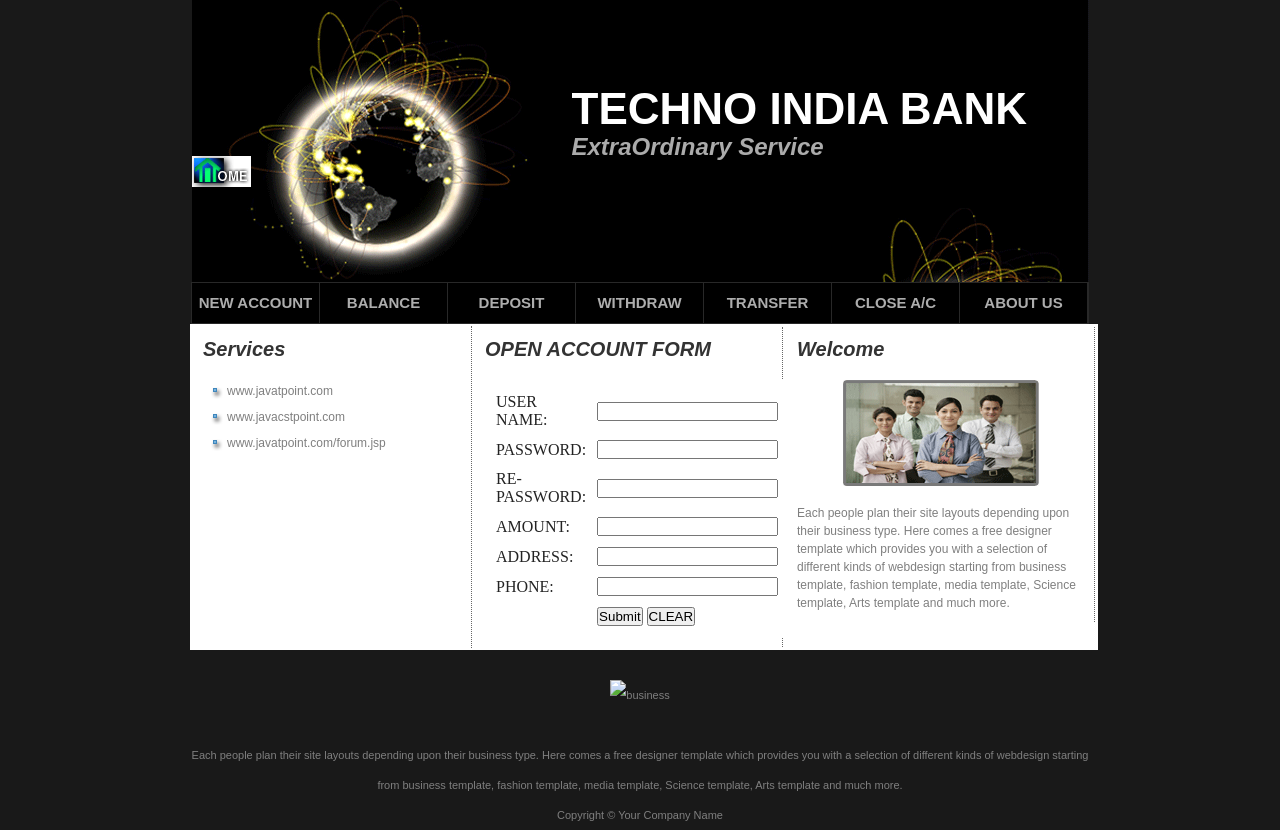
Repository: subhamsourabh265/collegeProjects
Page: OnlineBankingSystems/WebContent/create.html
The author's editor kept a copy of each file at every save. The page is drawn from the files as they stood at one save, then again after the next save.
The browser window is 1280 px wide. The pictures show the whole page.

Above is the page before, as saved 2015-12-01 15:58:17.

### OnlineBankingSystems/WebContent/create.html



<!DOCTYPE HTML PUBLIC "-//W3C//DTD HTML 4.01 Transitional//EN" "http://www.w3.org/TR/html4/loose.dtd">
<html>
<head>
<SCRIPT LANGUAGE="JavaScript">
function dil(form)
{
  for(var i=0; i<3; i++)
   {
        if(!isNaN(form.elements[i].value))
		{
		   alert("This Field must be Char's")
		   form.elements[i].value=""
		   form.elements[i].focus()
		   return false
		}
   }
    if(document.F1.password.value!=document.F1.repassword.value)
    {
	   alert("Check Confirm PWD");
	   document.F1.repassword.value=""
	   document.F1.repassword.focus()
	   return false
	}


	if(!isNaN(document.F1.phone.value))
   {
	   if(document.F1.phone.value >9999999999 )
	   {
		 alert("ye kabhi nhi aayegi")
		 document.F1.phone.value=""
		 document.F1.phone.focus()
         return false
	   }
   }
   else
   {
       alert("This  field  must  be  number")
	   document.F1.phone.value=""
	   return false
   }




   if(!isNaN(document.F1.amount.value))
   {
	   if(document.F1.amount.value < 500)
	   {
		 alert("Minimum Balance should be 500 /-")
		 document.F1.amount.value=""
		 document.F1.amount.focus()
         return false
	   }
   }
   else
   {
       alert("This  field  must  be  number")
	   document.F1.amount.value=""
	   return false
   }



   for(var i=0; i<form.elements.length; i++)
   {
		if(form.elements[i].value == "")
		{
		   alert("Fill out all Fields")
		   document.F1.username.focus()
		   return false
		}
   }



   return true
   }
</SCRIPT>

<meta http-equiv="Content-Type" content="text/html; charset=utf-8">
<title>Online Banking ..</title>
<link href="style.css" rel="stylesheet" type="text/css">
<script type="text/javascript">
function ctck()
{
var sds = document.getElementById("dum");

}
</script>

</head>

<body>

<div id="top_links">


<div id="header">
	<h1>TECHNO  INDIA  BANK<span class="style1"></span></h1>
    <h2>ExtraOrdinary Service</h2>
    <A href="index.html"><IMG SRC="images/home1.gif"></IMG></A>
</div>

<div id="navigation">
    <ul>
    <li><a href="create.html">NEW ACCOUNT</a></li>
    <li><a href="balance1.jsp">BALANCE</a></li>
    <li><a href="deposit1.jsp">DEPOSIT</a></li>
    <li><a href="withdraw1.jsp">WITHDRAW</a></li>
    <li><a href="transfer1.jsp">TRANSFER</a></li>
    <li><a href="closeac1.jsp">CLOSE A/C</a></li>
    <li><a href="about.jsp">ABOUT US</a></li>
    </ul>
</div>



<table style="width:897px; background:#FFFFFF; margin:0 auto;">
<tr >
	<td width="300" valign="top" style="border-right:#666666 1px dotted;">
    	<div id="services"><h1>Services</h1><br>
		    <ul>
        	<li><a href="#">www.javatpoint.com</a></li>
            <li><a href="#">www.javacstpoint.com </a></li>
            <li><a href="#">www.javatpoint.com/forum.jsp</a></li>
            </ul>

       </div>
	</td>

    <td width="1200" valign="top">
    	<div id="welcome" style="border-right:#666666 1px dotted;"><h1>OPEN ACCOUNT FORM</h1><br>
    	    <table  align="center" bgcolor="white">
		<tr>

		</tr>
		<tr>
			<td>
				<form name=F1 onSubmit="return dil(this)" action="CreateServlet" >
				  <table cellspacing="5" cellpadding="3">
					<tr><td>USER NAME:</td><td> <input type="text" name="username"/></td></tr>
					<tr><td>PASSWORD:</td><td> <input type="password" name="password"/></td></tr>
					<tr><td>RE-PASSWORD:</td><td> <input type="password" name="repassword"/></td></tr>
					<tr><td>AMOUNT:</td><td> <input type="text" name="amount"/></td></tr>
					<!-- Gender:<br/><br/>
					Male<input type="radio" name="gender" value="male"> Female<input type="radio" name="gender" value="female"/><br/><br/> -->
					<tr><td>ADDRESS:</td><td> <input type="text" name="adderess"/></td></tr>
					<tr><td>PHONE:</td><td> <input type="text" name="phone"/></td></tr>
					<tr><td></td><td><input type="submit" value="Submit"/>

					<INPUT TYPE=RESET VALUE="CLEAR"></td></tr>
					</table>
               		</form>
			</td>
		</tr>

	</table>
    	   </div>
    </td>

   <td width="299" valign="top">
    	<div id="welcome" style="border-right:#666666 1px dotted;"><h1>Welcome</h1><br>
    	    <center><img src="images/globe_10.gif" alt="business" width="196" height="106"></center><br>
		    <p>Each people plan their site layouts depending upon their business type. Here comes a free designer template which provides you with a selection of different kinds of webdesign   starting from business template, fashion template, media template, Science template, Arts template and much more.</p>

	    </div>
    </td>


</tr></table>

<div id="footer_top">
  <div id="footer_navigation">


  </div>

  <div id="footer_copyright" >

    	    <center><img  alt="business"  width="196" height="106"></center><br>
		    <p>Each people plan their site layouts depending upon their business type. Here comes a free designer template which provides you with a selection of different kinds of webdesign   starting from business template, fashion template, media template, Science template, Arts template and much more.</p>

  Copyright © Your Company Name</div>
</div>

<script type="text/javascript">
document.onload = ctck();
</script>
</div>

</body>
</html>

### OnlineBankingSystems/WebContent/style.css
@charset "utf-8";
/* CSS Document */

body{
	margin:0;
	color:#232323;
	background:#191919;
}
div, h1, h2, h3, h4, p, form, label, input, textarea, img, span{
	margin:0; padding:0;
}

ul{
	margin:0;
	padding:0;
	list-style-type:none;
	font-size:0;
	line-height:0;
}


.spacer{
	clear:both;
	font-size:0;
	line-height:0;
}
.more
{
font:normal 11px/18px Arial, Helvetica, sans-serif;
color:#00d09d;
text-decoration:none;
padding-left:230px;
}
.style1{color:#00d09d;}
/*------------------------------------------------body--------------------*/

#top_links
{
margin:0 auto;
padding:0px;
width:900px;
height:40px;
}
#top_linksin
{
padding:10px 0 0 0;
width:310px;
height:18px;
float:right;
}

#top_linksin ul
{
list-style:none;
margin:0 0 0 40px;
}
#top_linksin ul li
{
font:normal 11px/10px Arial, Helvetica, sans-serif;
color:#FFFFFF;
border-right:#7f7f7f 1px solid;
padding:0 15px;
float:left;
}
#top_linksin ul li a
{
text-decoration:none;
display:block;
color:#7f7f7f;
}
#top_linksin ul li a:hover
{
text-decoration:none;
display:block;
color:#FFFFFF;
}

#header
{
margin:0 auto;
background:#000 url(images/globe_03.gif) 0 0 no-repeat;
width:897px;
height:282px;
}
#header h1
{
font:bold 44px/18px Arial, Helvetica, sans-serif;
color:#FFFFFF;
padding:100px 0 0 380px;
}
#header h2
{
font:bold italic 24px/18px Arial, Helvetica, sans-serif;
color:#ababab;
padding:20px 0 0 380px;
}

#navigation
{
margin:0 auto;
width:896px;
height:40px;
background:#000;
border:1px solid #282828;
}
#navigation ul
{
list-style:none;
}
#navigation ul li
{
color:#adadad;
float:left;
text-align:center;
font:bold 15px/40px Arial, Helvetica, sans-serif;
width:127px;
border-right:1px solid #282828;
}
#navigation ul li a
{
text-decoration:none;
display:block;
color:#adadad;
}
#navigation ul li a:hover
{
color:#FFFFFF;
}
#navigation ul li.last
{
border:none;
float:left;
}

#content1
{
width:897px;
margin:0 auto;
background:url(images/globe_05.jpg) 0 0 repeat-y;
}
#content1 h1
{
font:bold italic 22px/79px Arial, Helvetica, sans-serif;
color:#ffffff;
padding-left:30px;
}
#content1 p
{
font:normal 12px/18px Arial, Helvetica, sans-serif;
color:#b2b2b2;
padding:5px 15px 0 15px;
}
.con
{
background:url(images/globe_06.jpg) 0 0 repeat-y;
width:290px;
}
#heade1
{
width:167px;
height:79px;
background:url(images/image_03.gif) 20px 10px no-repeat;
padding-left:90px;
}
#heade2
{
width:167px;
height:79px;
background:url(images/image_04.gif) 20px 10px no-repeat;
padding-left:90px;
}
#heade3
{
width:167px;
height:79px;
background:url(images/image_05.gif) 20px 5px no-repeat;
padding-left:90px;
}
#services
{
width:257px;
padding:10px;
}
#services h1
{
font:bold italic 20px/25px Arial, Helvetica, sans-serif;
color:#333333;
}
#services ul
{
list-style:none;
margin-left:8px;
}
#services ul li
{
font:normal 12px/22px Arial, Helvetica, sans-serif;
color:#FFFFFF;
display:block;
padding:0 0 4px 16px;
background:url(images/bullet.png) left center no-repeat;
}
#services ul li a
{
text-decoration:none;
display:block;
color:#7f7f7f;
}
#services ul li a:hover
{
text-decoration:none;
display:block;
color:#000000;
}
#welcome
{
width:287px;
padding:10px;
}
#welcome h1
{
font:bold italic 20px/25px Arial, Helvetica, sans-serif;
color:#333333;
}
#welcome p
{
font:normal 12px/18px Arial, Helvetica, sans-serif;
color:#7f7f7f;
}
#news
{
width:257px;
padding:10px;
}
#news h1
{
font:bold italic 20px/25px Arial, Helvetica, sans-serif;
color:#333333;
}
.img
{
float:left;
padding-right:10px;
}
#news h2
{
font:bold 12px/18px Arial, Helvetica, sans-serif;
color:#333333;
}
#news p
{
font:normal 12px/18px Arial, Helvetica, sans-serif;
color:#7f7f7f;
}

#footer_navigation
{
width:500px;
height:30px;
margin:0 auto;
}
#footer_navigation ul li
{
width:80px;
font: normal 12px/30px Arial, Helvetica, sans-serif;
color:#7d9942;
float:left;
}
#footer_navigation ul li a
{
text-decoration:none;
color:#7f7f7f;
height:30px;
}
#footer_navigation ul li a:hover
{
text-decoration:none;
color:#ffffff;
height:49px;
}
#footer_copyright
{
color: #7f7f7f;
font: normal 11px/30px Arial, Helvetica, sans-serif;
margin:0 auto;
text-align:center;
}

#footer_design
{
color: #ffffff;
font: normal 11px/25px Arial, Helvetica, sans-serif;
margin:0 auto;
text-align:center;
width:100%;
background:#000000;
}
#footer_design a
{
color: #b6ff06;
text-decoration:none;
}
#footer_design a:hover
{
color: #b6ff06;
text-decoration:underline;
}

After the next save:
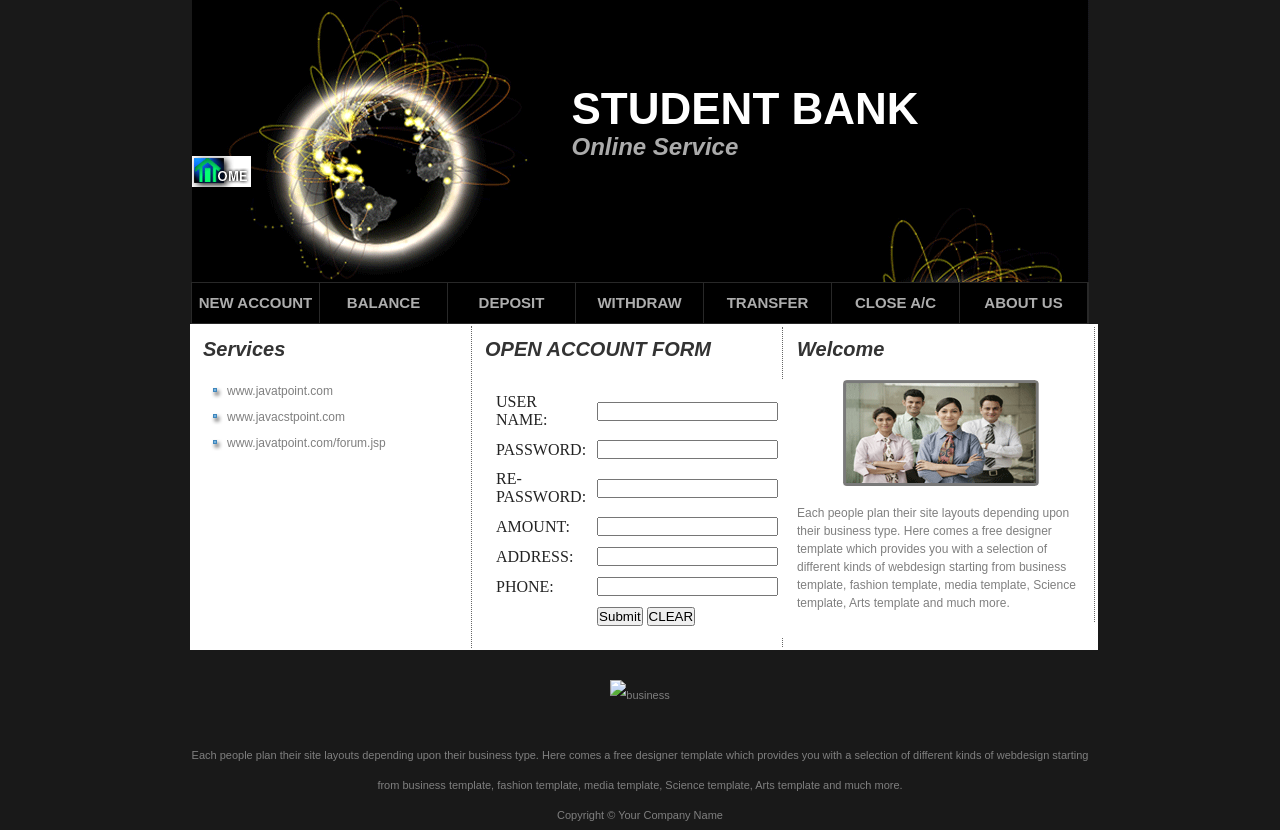
Saved 35 s later.
--- a/OnlineBankingSystems/WebContent/create.html
+++ b/OnlineBankingSystems/WebContent/create.html
@@ -100,8 +100,8 @@
 
 
 <div id="header">
-	<h1>TECHNO  INDIA  BANK<span class="style1"></span></h1>
-    <h2>ExtraOrdinary Service</h2>
+	<h1>STUDENT BANK<span class="style1"></span></h1>
+    <h2>Online Service</h2>
     <A href="index.html"><IMG SRC="images/home1.gif"></IMG></A>
 </div>
 
